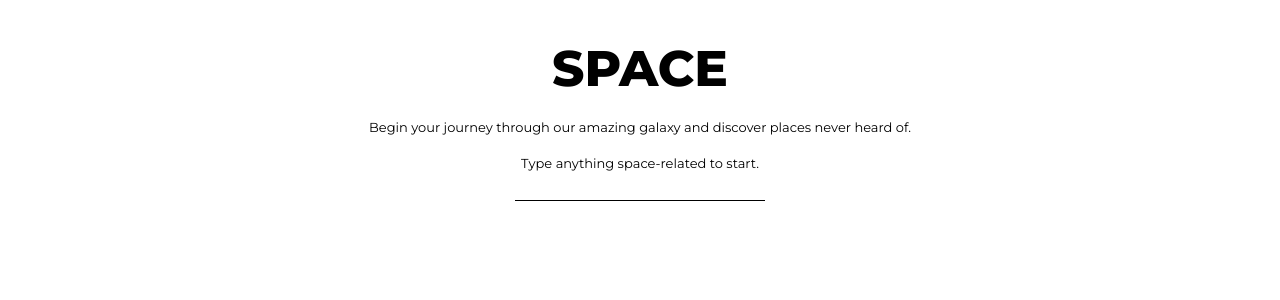
Repository: pmor80/spacer
Page: /
These files come from the project's save history. The page is drawn as it stood at one moment and after the next save; the edit follows.
The browser window is 1280 px wide. The pictures show the whole page.
The project was rebuilt for these pictures with package versions that can differ from the ones it lists, and the page was loaded fresh each time.

Above is the page before, as saved 2019-07-02 15:31:18.

After the next save:
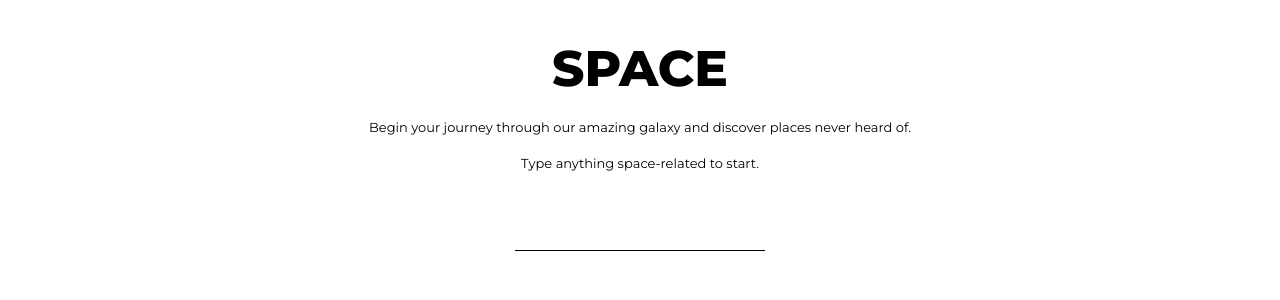
Saved 34 s later.
--- a/src/components/SearchInput.vue
+++ b/src/components/SearchInput.vue
@@ -12,6 +12,7 @@ export default {
 
 <style lang="scss" scoped>
 .searchWrapper {
+  margin: 50px 0 0 0;
   display: flex;
   flex-direction: column;
   width: 250px;
